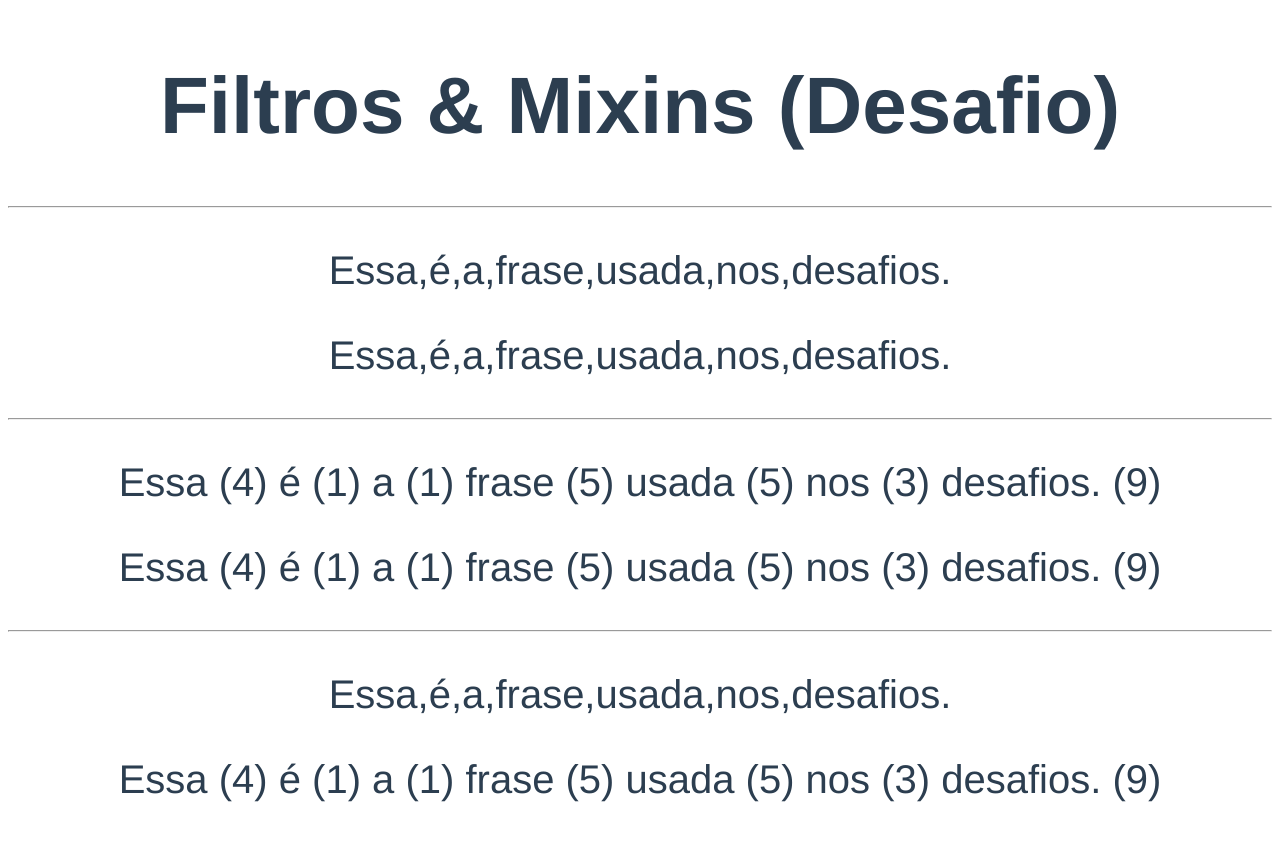
Repository: LucianoBitt/Curso_VueJS
Page: / (app in 11_filtros-mixins/filtros-mixins-desafio/)
These files come from the project's save history. The page is drawn as it stood at one moment and after the next save; the edit follows.
The browser window is 1280 px wide. The pictures show the whole page.
The project was rebuilt for these pictures with package versions that can differ from the ones it lists, and the page was loaded fresh each time.

Above is the page before, as saved 2023-12-21 12:49:10.

### 11_filtros-mixins/filtros-mixins-desafio/src/main.js
import Vue from 'vue'
import App from './App.vue'

Vue.config.productionTip = false

Vue.filter('contarPalavras', function(valor) {
    return valor.split(' ').map(p => `${p} (${p.length})`).join(' ')
})

new Vue({
    render: h => h(App),
}).$mount('#app')

### 11_filtros-mixins/filtros-mixins-desafio/src/App.vue
<template>
	<div id="app">
		<h1>Filtros & Mixins (Desafio)</h1>
		<hr>
		<p>{{ frase | espaco-por-virgula }}</p>
		<p>{{ frase | espacoPorVirgula }}</p>
		<hr>
		<p>{{ frase | contar-palavras }}</p>
		<p>{{ frase | contarPalavras }}</p>
		<hr>
		<p>{{ fraseComVirgula }}</p>
		<p>{{ fraseComTamanhos }}</p>

		<!-- Exercício 4 -->
		<!-- Compartilhe a propriedade computada via mixin -->
	</div>
</template>

<script>
export default {
	data() {
		return {
			frase: 'Essa é a frase usada nos desafios.'
		}
	},
	filters: {
		espacoPorVirgula(valor) {
			return valor.replace(/\s/g, ',')
		}
	},
	computed: {
		fraseComVirgula() {
			return this.frase.replace(/\s/g, ',')
		},
		fraseComTamanhos() {
			return this.frase.split(' ').map(p => `${p} (${p.length})`).join(' ')
		}
	}
}
</script>

<style>
#app {
	font-family: 'Avenir', Helvetica, Arial, sans-serif;
	-webkit-font-smoothing: antialiased;
	-moz-osx-font-smoothing: grayscale;
	text-align: center;
	color: #2c3e50;
	margin-top: 60px;
	font-size: 2.5rem;
}
</style>

Loaded but not shown: 11_filtros-mixins/filtros-mixins-desafio/public/index.html (common file)

After the next save:
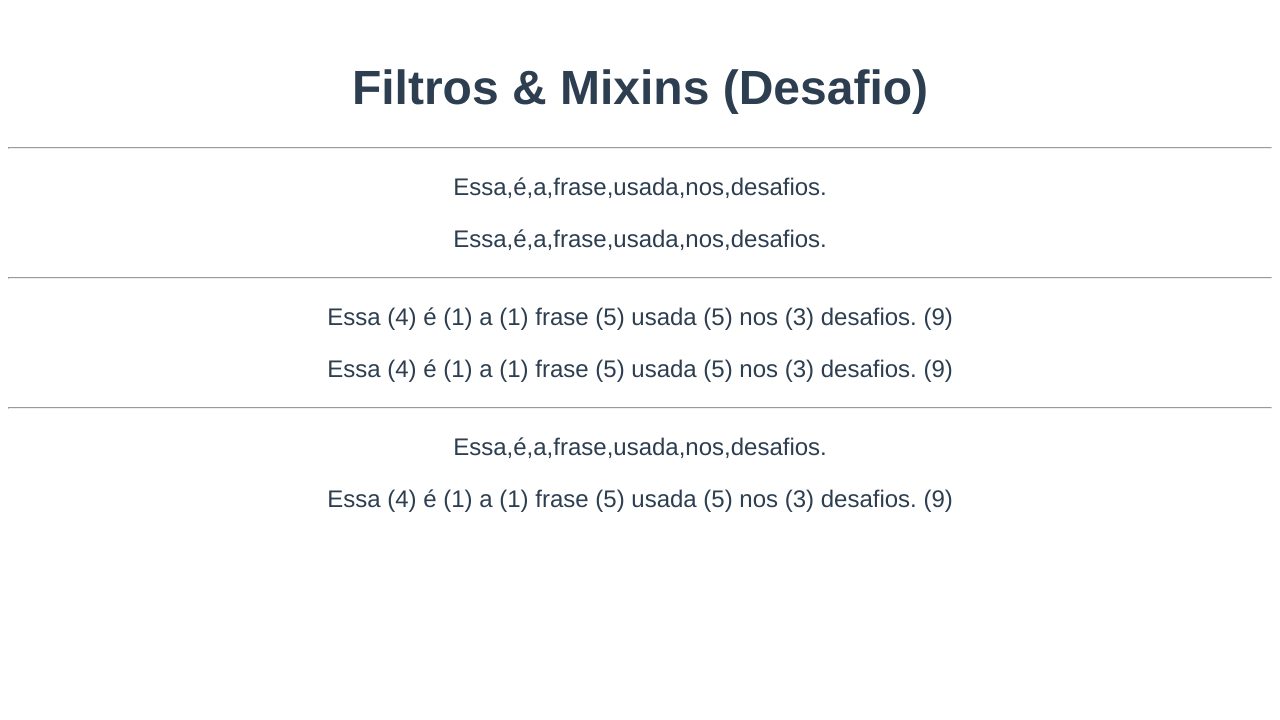
Saved 3 min 30 s later.
--- a/11_filtros-mixins/filtros-mixins-desafio/src/App.vue
+++ b/11_filtros-mixins/filtros-mixins-desafio/src/App.vue
@@ -47,6 +47,6 @@ export default {
 	text-align: center;
 	color: #2c3e50;
 	margin-top: 60px;
-	font-size: 2.5rem;
+	font-size: 1.5rem;
 }
 </style>
